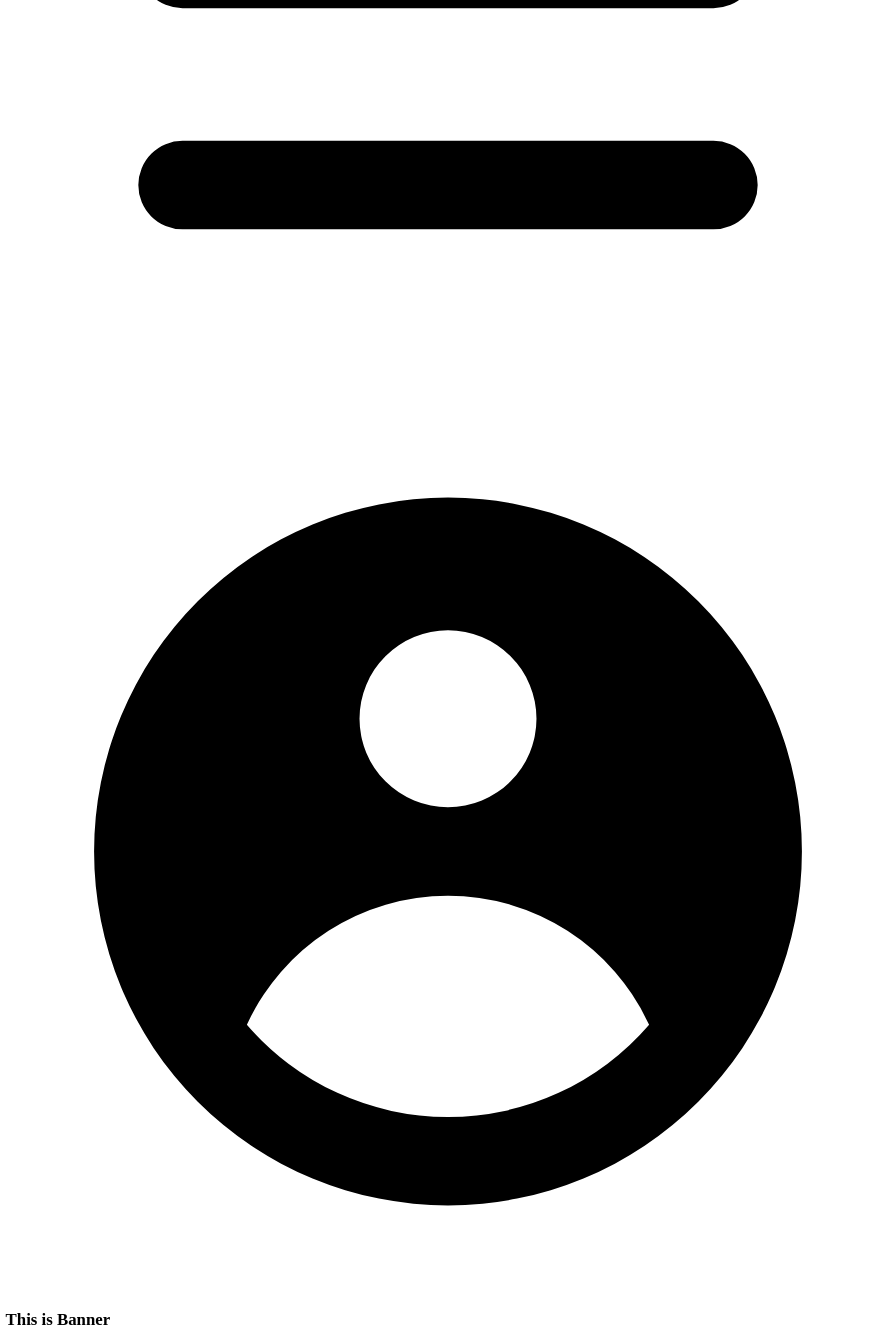
Repository: exiled-kal/AirbNb
Page: /
These files come from the project's save history. The page is drawn as it stood at one moment and after the next save; the edit follows.
The browser window is 1280 px wide. The pictures show the part of the page from y = 3298 to 5218 px (the page is 5218 px tall before and 5177 px after), at 70% of full size.
The project was rebuilt for these pictures with package versions that can differ from the ones it lists, and the page was loaded fresh each time. The framework's server and built-in components were replaced by stand-ins that run in the browser. Also part of the build but not shown: next.config.js.

Above is the page before, as saved 2021-08-05 20:06:14.

After the next save:
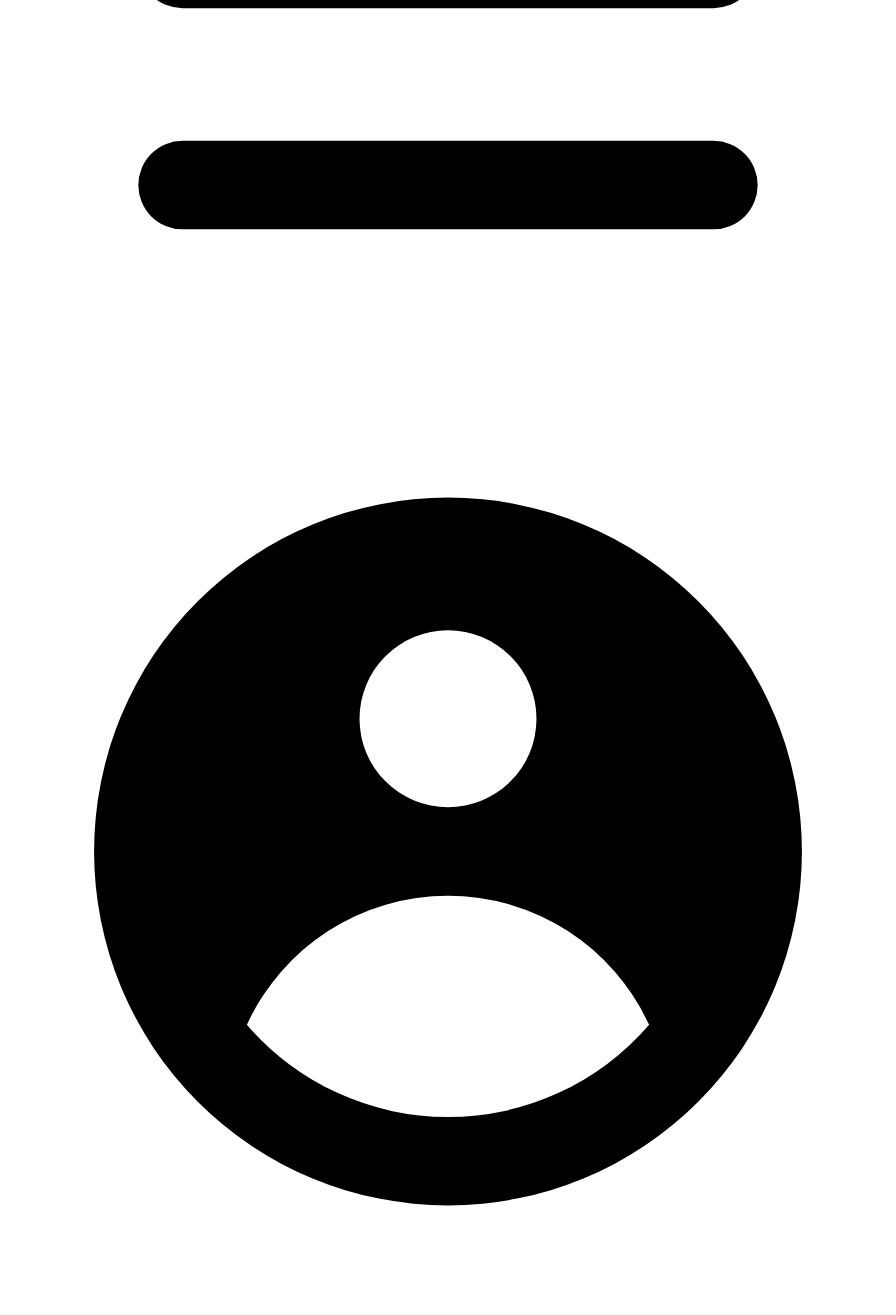
Saved 8 s later.
--- a/components/Banner.js
+++ b/components/Banner.js
@@ -3,7 +3,7 @@ import Image from "next/image";
 function Banner() {
   return (
     <div>
-      <h2>This is Banner</h2>
+      <Image />
     </div>
   );
 }
